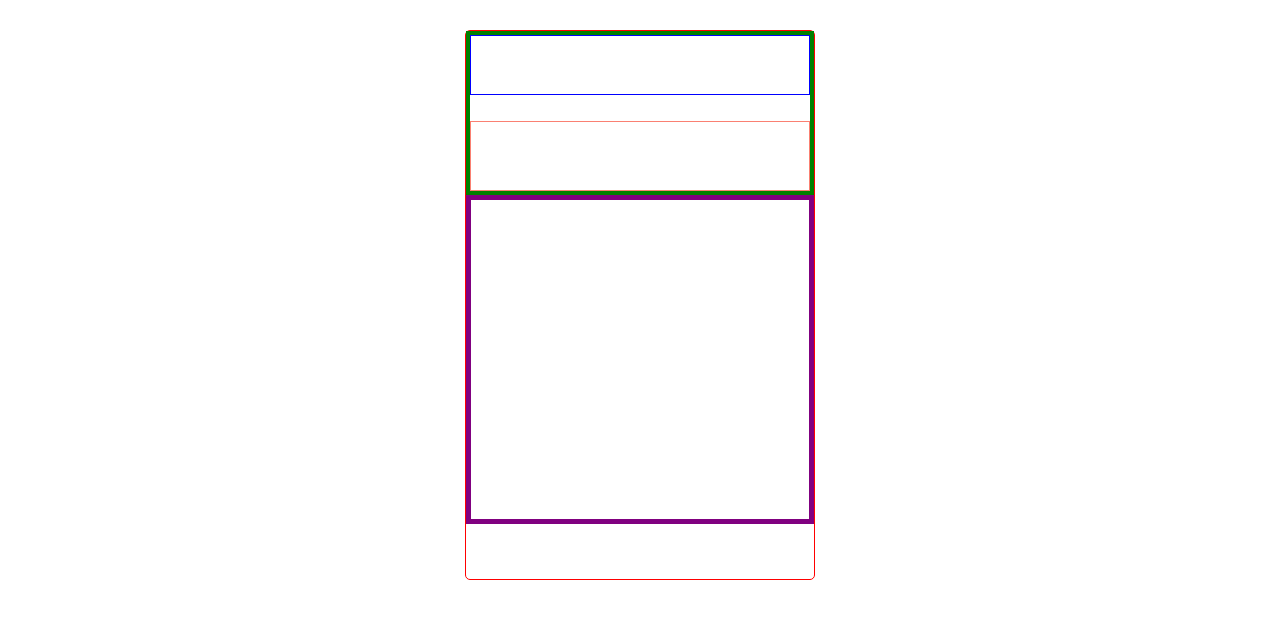
Repository: OfirLana/Calculator
Page: index.html
These files come from the project's save history. The page is drawn as it stood at one moment and after the next save; the edit follows.
The browser window is 1280 px wide. The pictures show the whole page.

Above is the page before, as saved 2019-03-12 17:56:03.

After the next save:
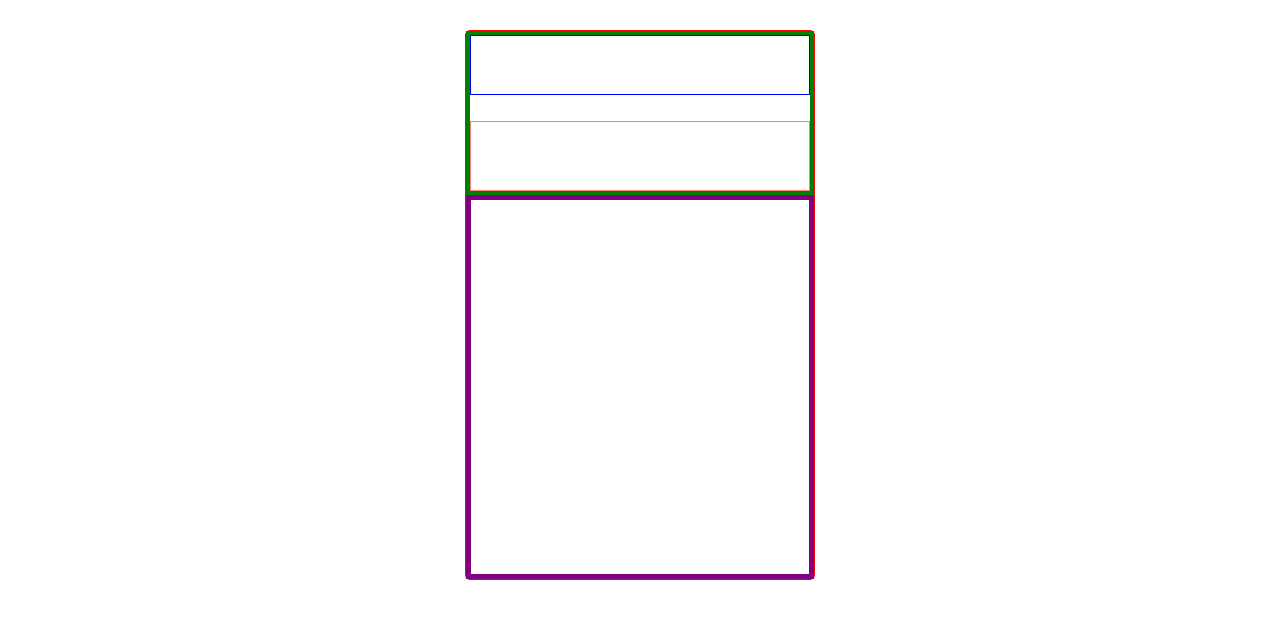
Saved 8 s later.
--- a/style.css
+++ b/style.css
@@ -56,5 +56,5 @@ body {
     flex-direction: column;
     width:100%;
     border:5px solid purple;
-    flex-basis:60%;
+    flex-basis:70%;
 }
